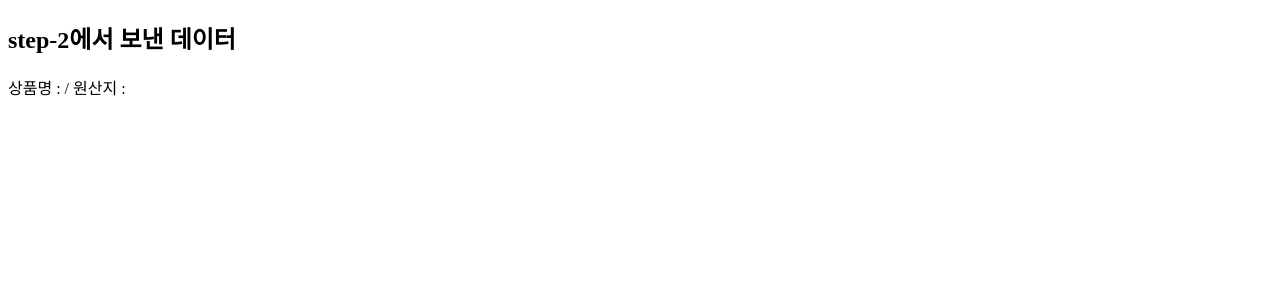
Repository: gajami-kim/240430_JSPJSTL_Study
Page: http://localhost/jstl_study/step-3.jsp
The author's editor kept a copy of each file at every save. The page is drawn from the files as they stood at one save, then again after the next save.
The browser window is 1280 px wide. The pictures show the whole page.
The page is served by Tomcat 9. Other server files are loaded and not shown.

Above is the page before, as saved 2024-04-11 03:02:28.

### _jspl_workspace/jstl_study/src/main/webapp/step-3.jsp
<%@ page language="java" contentType="text/html; charset=UTF-8"
    pageEncoding="UTF-8"%>
<!DOCTYPE html>
<html>
<head>
<meta charset="UTF-8">
<title>Insert title here</title>
</head>
<body>
	<h2>step-2에서 보낸 데이터</h2>
	상품명 : ${param.name } / 원산지 : ${param.address }
</body>
</html>

After the next save:
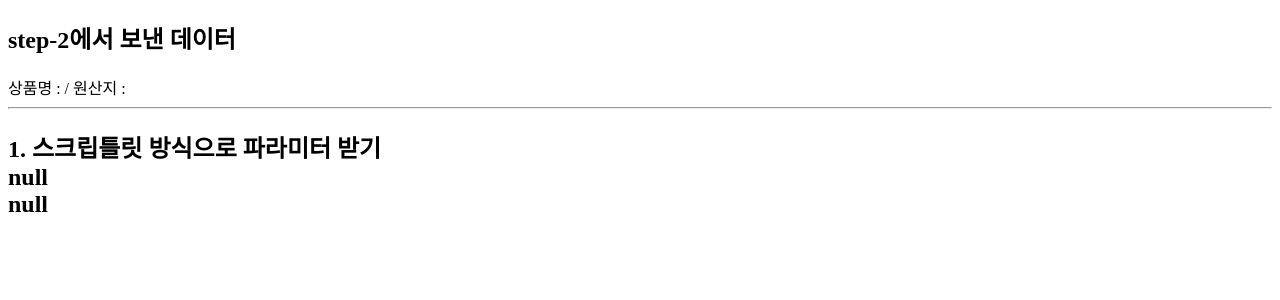
Saved 7 min 33 s later.
--- a/_jspl_workspace/jstl_study/src/main/webapp/step-3.jsp
+++ b/_jspl_workspace/jstl_study/src/main/webapp/step-3.jsp
@@ -9,5 +9,13 @@
 <body>
 	<h2>step-2에서 보낸 데이터</h2>
 	상품명 : ${param.name } / 원산지 : ${param.address }
+	<hr>
+
+	<h2>
+		1. 스크립틀릿 방식으로 파라미터 받기 <br>
+
+		<%= request.getParameter("name") %> <br>
+		<%= request.getParameter("address") %>
+	</h2>
 </body>
 </html>
